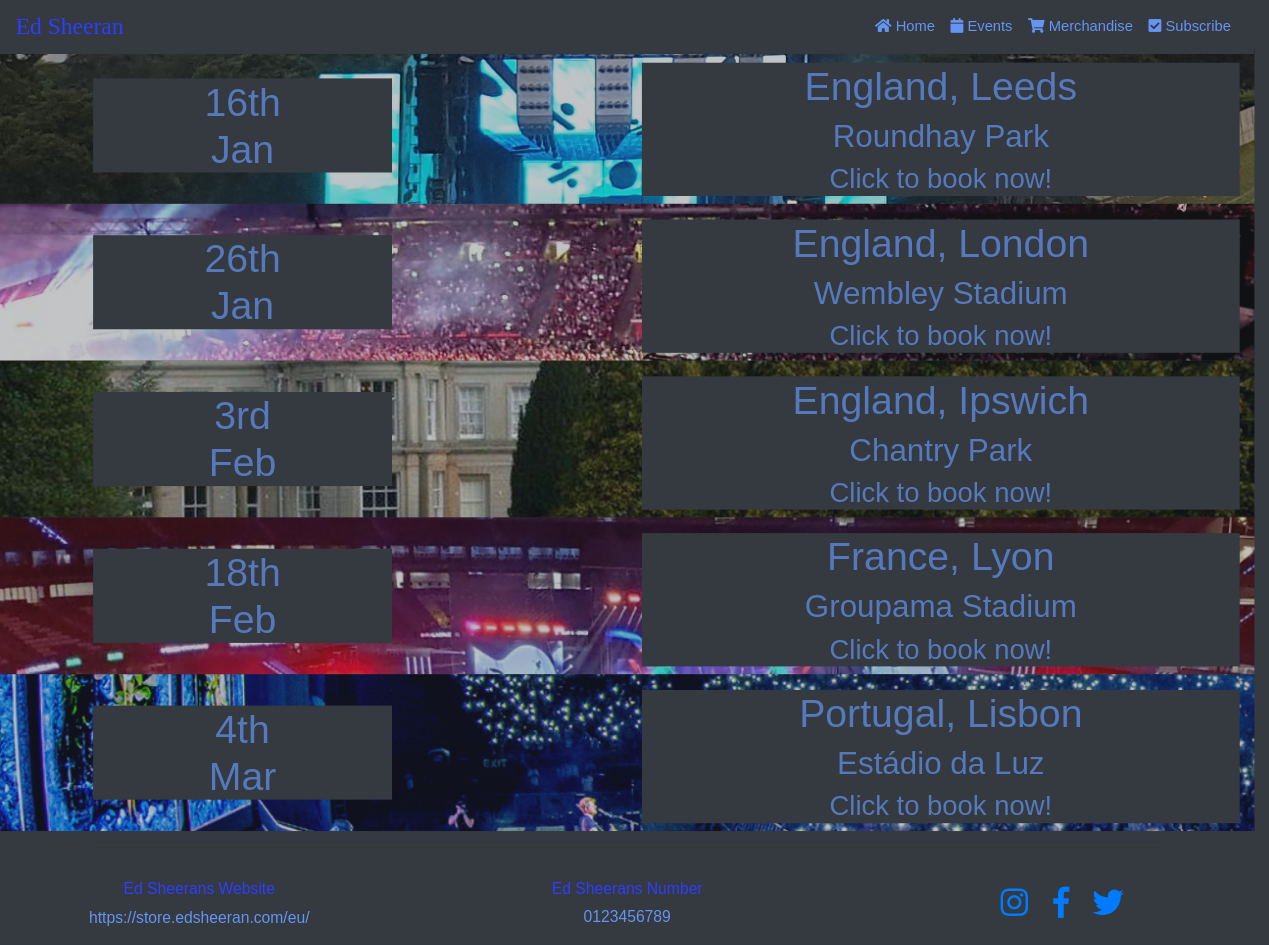
Repository: amit238/milestone-project-1
Page: events.html
The author's editor kept a record of every edit. The page is drawn from the files as they stood at one moment, then again after the next edit.
The browser window is 1280 px wide. The page is 1295 px wide, so the pictures cover 1295 px, including what lies to the right of the window. The pictures show the whole page, at 98% of full size.
Some web libraries are served in a nearby version.

Above is the page before.

After the next edit:
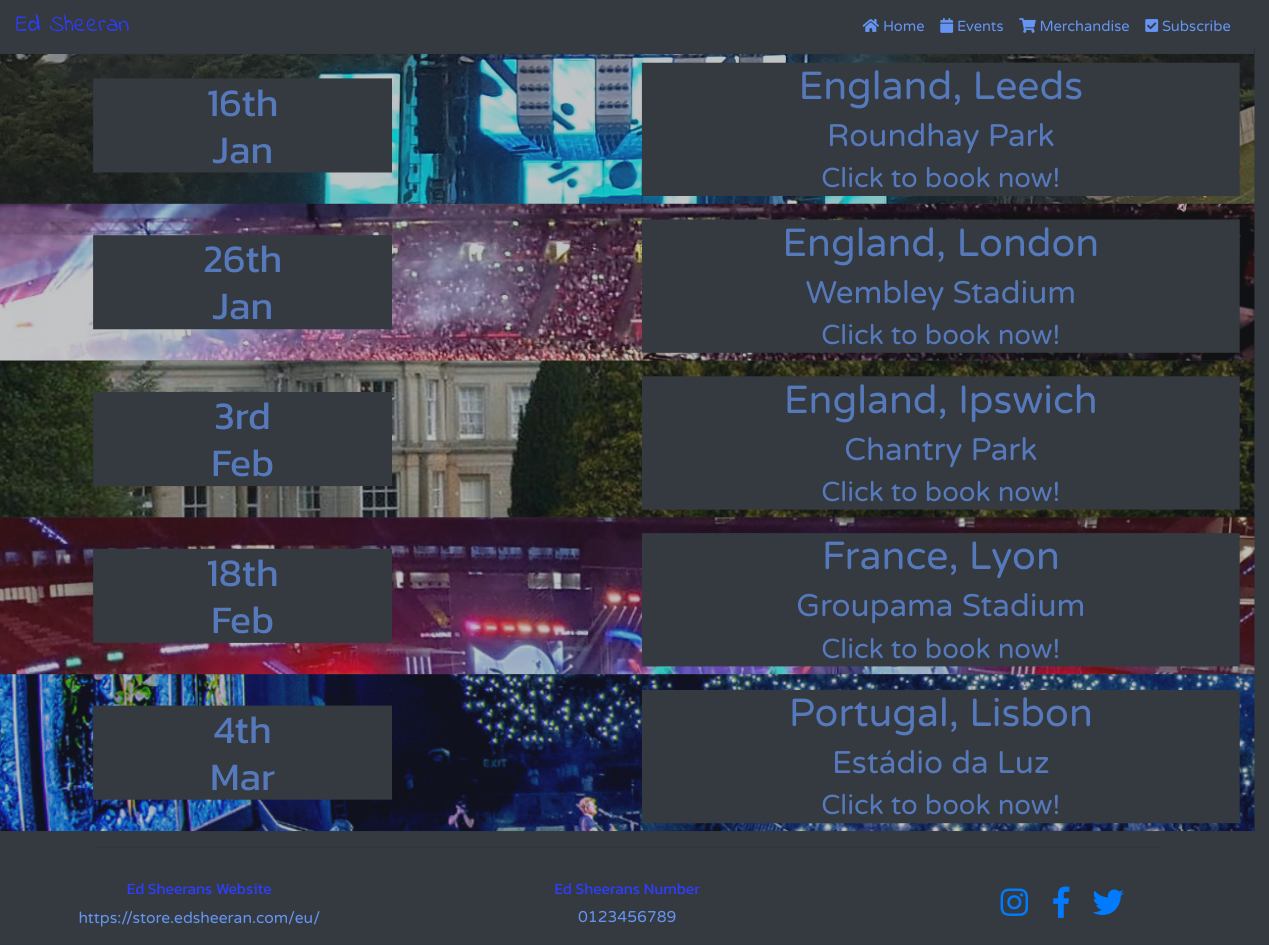
The edit:
--- a/events.html
+++ b/events.html
@@ -7,6 +7,7 @@
   <meta http-equiv="X-UA-Compatible" content="ie=edge">
   <link rel="stylesheet" href="https://maxcdn.bootstrapcdn.com/bootstrap/4.2.1/css/bootstrap.min.css" type="text/css" />
   <link rel="stylesheet" href="https://use.fontawesome.com/releases/v5.0.10/css/all.css" integrity="sha384-+d0P83n9kaQMCwj8F4RJB66tzIwOKmrdb46+porD/OvrJ+37WqIM7UoBtwHO6Nlg" crossorigin="anonymous">
+  <link href="https://fonts.googleapis.com/css?family=Indie+Flower|Kanit|Varela+Round&display=swap" rel="stylesheet">
   <link rel="stylesheet" href="assets/css/style.css">
   <title>Ed Sheeran - User Centric Frontend Project</title>
 </head>
